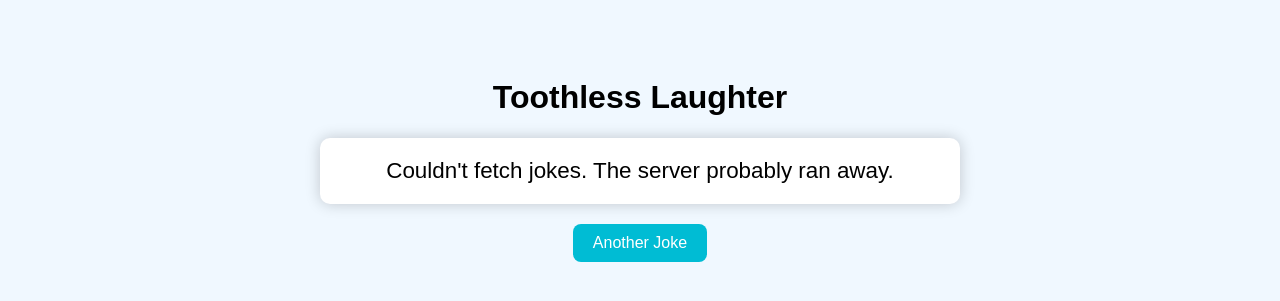
Repository: ian-code1/teeth-jokes-haha
Page: toothache.html
An editor plug-in stored every save of this project. The page is shown before and after the next save, followed by the edit.
The browser window is 1280 px wide. The pictures show the whole page.
The page's requests for data from a server got no answer.

Above is the page before, as saved 2025-08-07 10:12:33.

After the next save:
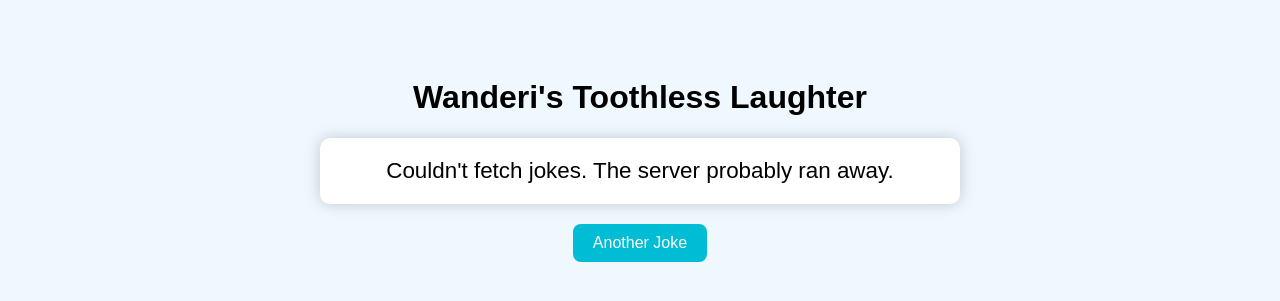
Saved 1 s later.
--- a/toothache.html
+++ b/toothache.html
@@ -35,7 +35,7 @@
 </head>
 <body>
 
-    <h1>Toothless Laughter</h1>
+    <h1> Wanderi's Toothless Laughter</h1>
     <div id="jokeBox">Click below to start laughing... or crying.</div>
     <button onclick="getAnotherJoke()">Another Joke</button>
 
